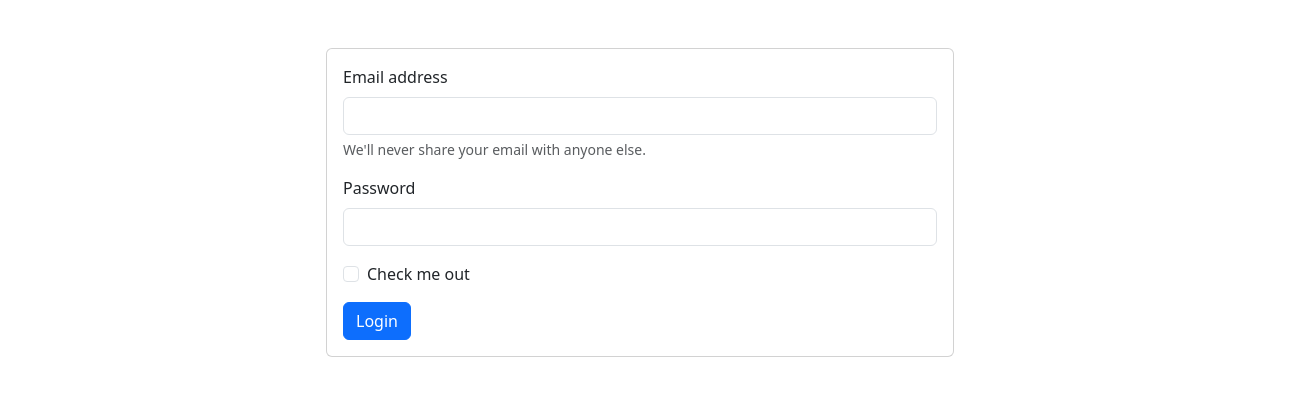
Repository: rahulgaba1987/MiniProject2
Page: http://localhost/login
An editor plug-in stored every save of this project. The page is shown before and after the next save, followed by the edit.
The browser window is 1280 px wide. The page is 1292 px wide, so the pictures cover 1292 px, including what lies to the right of the window. The pictures show the whole page.
The page is this project's Thymeleaf template; nobody is signed in. The template is opened directly, without the code that normally fills it, so the values that code supplies are empty.

Above is the page before, as saved 2023-04-19 07:01:50.

After the next save:
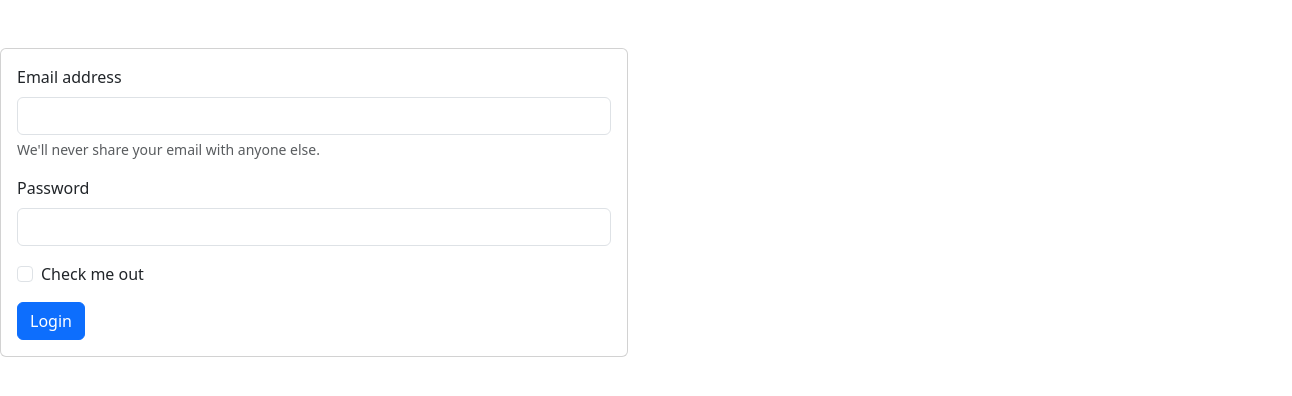
Saved 34 s later.
--- a/02_MiniProject/src/main/resources/templates/login.html
+++ b/02_MiniProject/src/main/resources/templates/login.html
@@ -12,33 +12,34 @@
 <body>
 
 
-    <div class="row">
-         <div class="col-md-6 offset-3">
-             <div class="card mt-5">
-		<div class="card-body">
+	<div class="row">
+		<div class="col-md-6">
+			<div class="card mt-5">
+				<div class="card-body">
 
 
-			<form >
-				<div class="mb-3">
-					<label for="exampleInputEmail1" class="form-label">Email address</label>
-					<input type="email" class="form-control" id="exampleInputEmail1" aria-describedby="emailHelp">
-					<div id="emailHelp" class="form-text">We'll never share your email with anyone else.</div>
+					<form>
+						<div class="mb-3">
+							<label for="exampleInputEmail1" class="form-label">Email address</label>
+							<input type="email" class="form-control" id="exampleInputEmail1"
+								aria-describedby="emailHelp">
+							<div id="emailHelp" class="form-text">We'll never share your email with anyone else.</div>
+						</div>
+						<div class="mb-3">
+							<label for="exampleInputPassword1" class="form-label">Password</label>
+							<input type="password" class="form-control" id="exampleInputPassword1">
+						</div>
+						<div class="mb-3 form-check">
+							<input type="checkbox" class="form-check-input" id="exampleCheck1">
+							<label class="form-check-label" for="exampleCheck1">Check me out</label>
+						</div>
+						<button type="submit" class="btn btn-primary">Login</button>
+					</form>
 				</div>
-				<div class="mb-3">
-					<label for="exampleInputPassword1" class="form-label">Password</label>
-					<input type="password" class="form-control" id="exampleInputPassword1">
-				</div>
-				<div class="mb-3 form-check">
-					<input type="checkbox" class="form-check-input" id="exampleCheck1">
-					<label class="form-check-label" for="exampleCheck1">Check me out</label>
-				</div>
-				<button type="submit" class="btn btn-primary">Login</button>
-			</form>
+
+			</div>
 		</div>
-
 	</div>
-         </div>
-    </div>
 
 
 
